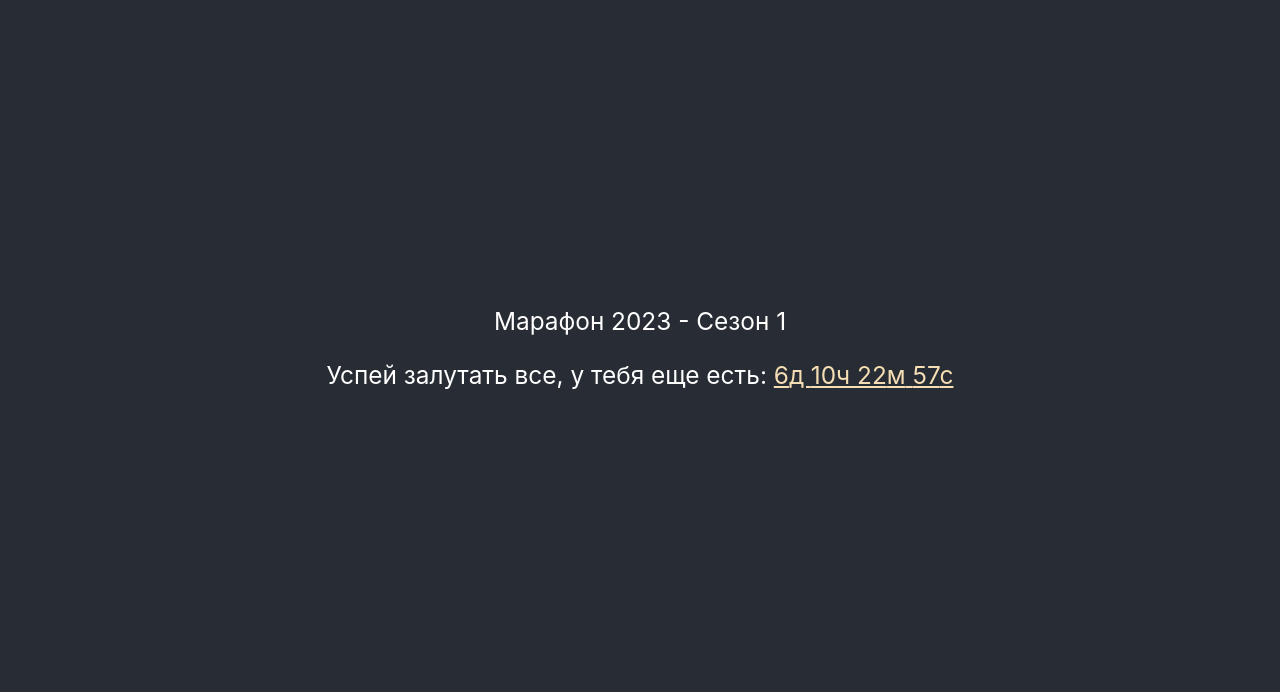
Repository: bandikost/capers
Page: /main
These files come from the project's save history. The page is drawn as it stood at one moment and after the next save; the edit follows.
The browser window is 1280 px wide. The pictures show the whole page.
The page's requests for data from a server got no answer. The project was rebuilt for these pictures with package versions that can differ from the ones it lists, and the page was loaded fresh each time. No one was signed in, and anything a server would have sent is missing.

Above is the page before, as saved 2023-04-10 16:03:19.

### src/App.js
import logo from './logo.svg';
import './App.css';
import { BrowserRouter, Routes, Route } from "react-router-dom";
import Main from './components/Main';


function App() {
  return (
    <div className="App">
      <header className="App-header">
      <BrowserRouter >
        <Routes>
            <Route path='/main' element={<Main />}/>

        </Routes>
      </BrowserRouter>
      </header>
    </div>
  );
}

export default App;

### src/App.css
.App {
  text-align: center;
}

.App-logo {
  height: 40vmin;
  pointer-events: none;
}


.App-header {
  background-color: #282c34;
  min-height: 100vh;
  display: flex;
  flex-direction: column;
  align-items: center;
  justify-content: center;
  font-size: calc(10px + 2vmin);
  color: white;
  padding: 0 20px;
}

.App-link {
  color: #61dafb;
}


.table {
  height: auto;
  margin: 0 auto 0;
}

.cell {
  border: 1px solid white;
  border-radius: 10px;
  width: 300px;
  margin: 50px 0px;
  display: flex;
  justify-content: space-between;
}

.cell p {
  padding: 0 20px;
}

.button {
  display: block;
  width: 120px;
  position: relative;
  z-index: 10;
  left: -140%;
  margin-top: -60px;
  height: 50px;
  opacity: 0;
}

.container {
  display: flex;
    margin: 0 auto 0;
    flex-direction: column;
}

.table .cell:before {
  content: attr(data-number) ". ";
  position: relative;
  margin-left: -40px;
  margin-top: 20px;
  display: flex;
  padding: 0 5px;
  align-items: center;
}


.table .cell:before {
  color: gold;
  font-size: 40px;
}
.table .cell:nth-child(2):before {
  color: silver;
  font-size: 35px;
}
.table .cell:nth-child(3):before {
  color: #D2B48C;
  font-size: 30px;
}

.table .cell:nth-child(4):before {
  color: white;
  font-size: 25px;
}

### src/components/Main.jsx
import React, { useState, useEffect } from "react";
import firebase from "../firebase";
import crown from "./images/pngegg.png"


export const Main = () => {
  const [name, setName] = useState({});
  const [balance, setbalance] = useState({});
  const [editingUser, setEditingUser] = useState(null);
  const [targetDate, setTargetDate] = useState(new Date("2023-04-16T21:00:00.000Z"));
  const [timeRemaining, setTimeRemaining] = useState({});

  useEffect(() => {
    const balanceRef = firebase.database().ref("balance");
    balanceRef.on("value", (snapshot) => {
      const data = snapshot.val();
      setbalance(data);
    });
  }, []);

  useEffect(() => {
    const nameRef = firebase.database().ref("name");
    nameRef.on("value", (snapshot) => {
      const data = snapshot.val();
      setName(data);
    });
  }, []);

  useEffect(() => {
    const timer = setInterval(() => {
      setTimeRemaining(calculateTimeRemaining(targetDate));
    }, 1000);
    return () => clearInterval(timer);
  }, [targetDate]);

  function calculateTimeRemaining(targetDate) {
    const difference = +targetDate - +new Date();
    const timeRemaining = {};

    if (difference > 0) {
      timeRemaining.days = Math.floor(difference / (1000 * 60 * 60 * 24));
      timeRemaining.hours = Math.floor((difference / (1000 * 60 * 60)) % 24);
      timeRemaining.minutes = Math.floor((difference / 1000 / 60) % 60);
      timeRemaining.seconds = Math.floor((difference / 1000) % 60);
    } else {
      timeRemaining.days = 0;
      timeRemaining.hours = 0;
      timeRemaining.minutes = 0;
      timeRemaining.seconds = 0;
    }

    return timeRemaining;
  }

  const handleEditClick = (user) => {
    setEditingUser(user);
  };

  const handleSaveClick = () => {
    setEditingUser(null);
  };

  const sortedBalances = Object.entries(balance).sort((a, b) => b[1] - a[1]);

  return (
    <div className="container">
      Марафон 2023 - Сезон 1
      <p>
       Успей залутать все, у тебя еще есть: <span style={{color: "wheat", textDecoration: "underline"}}>
       {timeRemaining.days}д {timeRemaining.hours}ч {timeRemaining.minutes}м{" "}
        {timeRemaining.seconds}с
        </span>
      </p>
    <div className="table">
      {sortedBalances.map((entry, index) => (
        <div className="cell" key={entry[0]} data-number={index + 1}>
          <p >{name[entry[0]]}</p>
          <hr />
          {editingUser === entry[0] ? (
            <div>
              <input style={{width: "150px"}}
                type="text"
                value={balance[entry[0]]}
                onChange={(e) =>
                  firebase.database().ref(`balance/${entry[0]}`).set(e.target.value)
                }
              />
              <button onClick={handleSaveClick}>сохранить</button>
            </div>
          ) : (
            <div>
              <p>{entry[1]}<span style={{marginLeft: "5px"}}>₽</span></p>
              <button onClick={() => handleEditClick(entry[0])} className="button" style={{cursor: "pointer"}}>ред.</button>
            </div>
          )}
        </div>
      ))}
    </div>
    </div>
  );
};

export default Main;

### src/firebase.js

import "firebase/database";
import firebase from "firebase/compat/app";
import "firebase/compat/database";
import { getAuth } from "firebase/auth";
import { getFirestore } from "firebase/firestore";
import { getStorage, ref } from "firebase/storage";


const firebaseConfig = {
    apiKey: "AIzaSyBp1x8lQCSbuPwbK_sXJ7eGkGpN9c7ONY8",
    authDomain: "capers-a3171.firebaseapp.com",
    databaseURL: "https://capers-a3171-default-rtdb.europe-west1.firebasedatabase.app",
    projectId: "capers-a3171",
    storageBucket: "capers-a3171.appspot.com",
    messagingSenderId: "794243042023",
    appId: "1:794243042023:web:668504b8bdcbe9b7c63042",
    measurementId: "G-7YW48MQCSP"
  };

firebase.initializeApp(firebaseConfig);

export const auth = getAuth();
export const storage = getStorage()
export const db = getFirestore();
export default firebase;

Loaded but not shown: public/index.html (common file); src/index.js (common file); src/index.css (common file); src/reportWebVitals.js (common file)

After the next save:
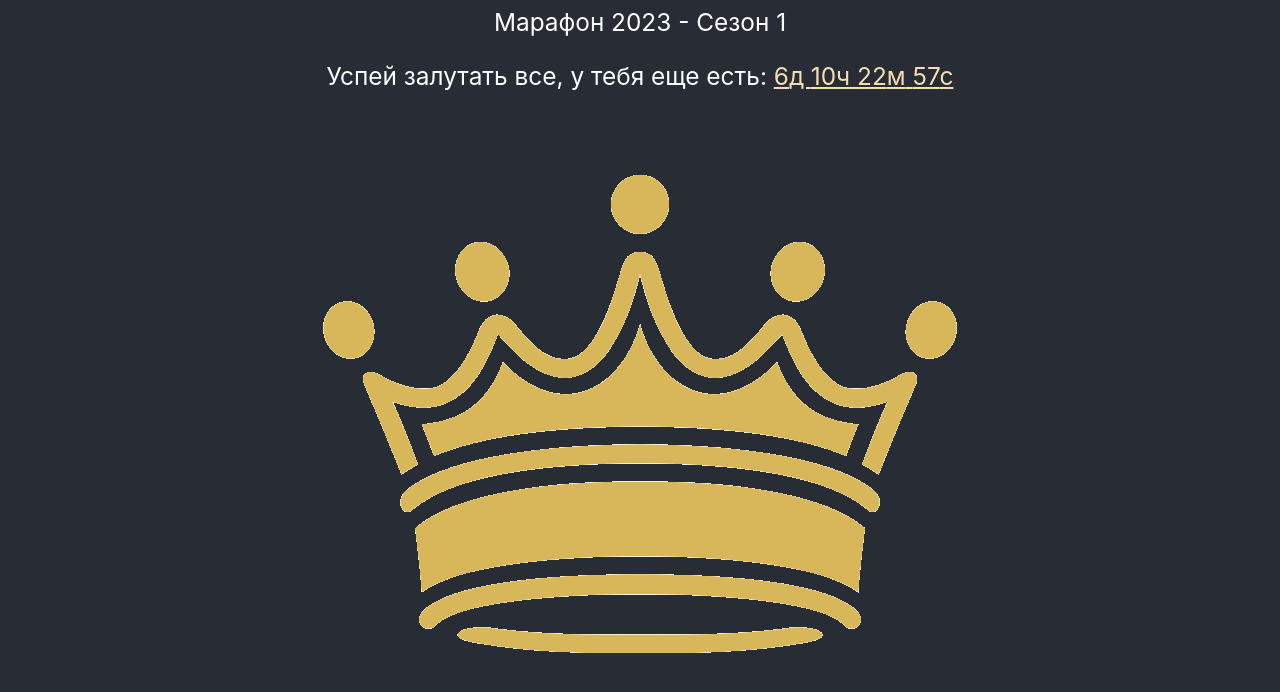
Saved 23 s later.
--- a/src/components/Main.jsx
+++ b/src/components/Main.jsx
@@ -71,6 +71,7 @@ export const Main = () => {
         {timeRemaining.seconds}с
         </span>
       </p>
+      <img src={crown} />
     <div className="table">
       {sortedBalances.map((entry, index) => (
         <div className="cell" key={entry[0]} data-number={index + 1}>
